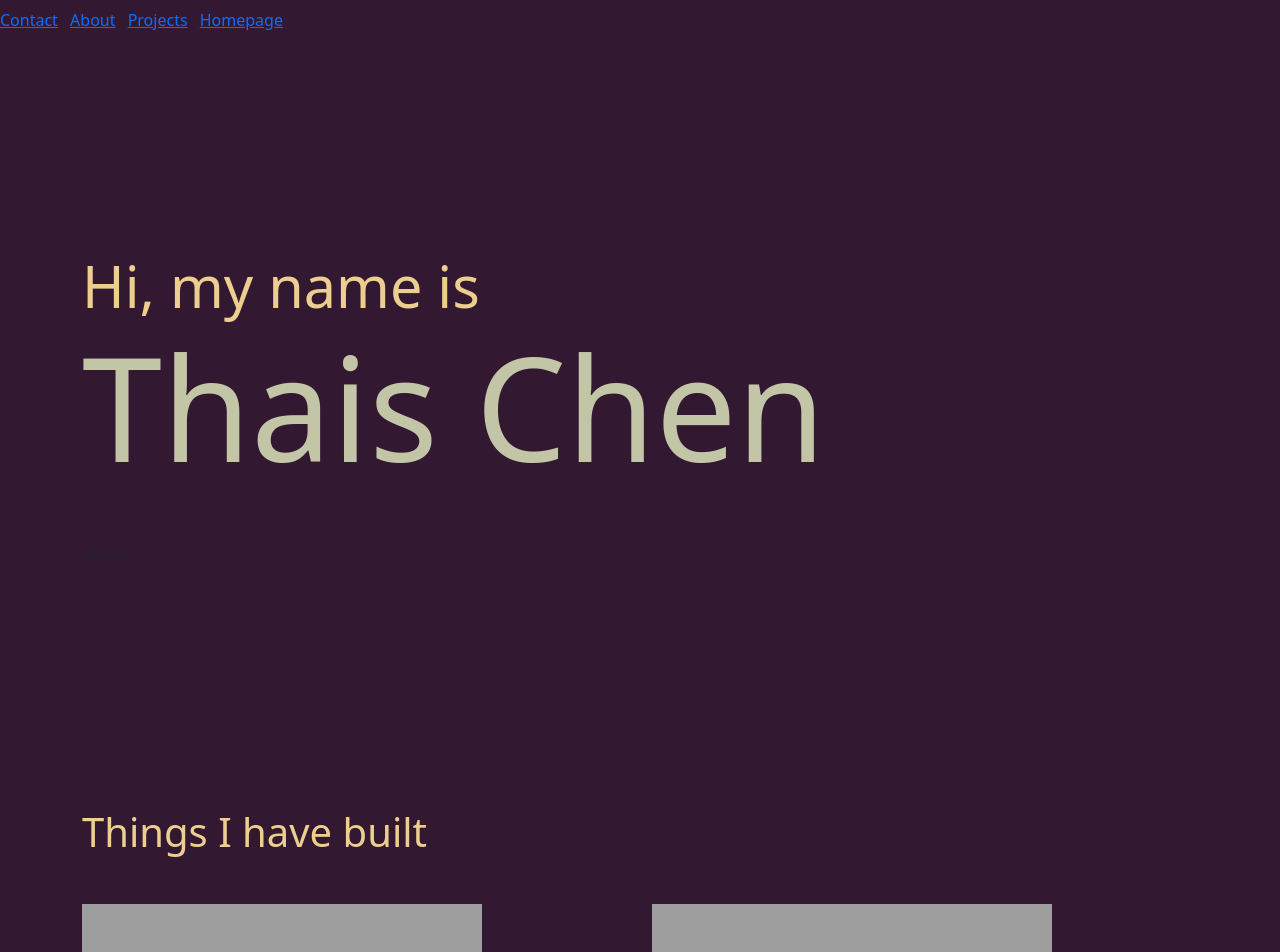
Repository: thais-chen/Portfolio
Page: index.html
These files come from the project's save history. The page is drawn as it stood at one moment and after the next save; the edit follows.
The browser window is 1280 px wide. The pictures show the part of the page from y = 0 to 952 px (the page is 2059 px tall before and 2043 px after).
Pictures or frames that could not be fetched are drawn as grey boxes.

Above is the page before, as saved 2022-06-17 21:17:00.

### index.html
<!DOCTYPE html>
<html lang="en">
  <head>
    <meta charset="UTF-8">
    <meta name="viewport" content="width=device-width, initial-scale=1.0">
    <meta http-equiv="X-UA-Compatible" content="ie=edge">
    <title>Thais Chen</title>
    <!-- CSS only -->
<link href="https://cdn.jsdelivr.net/npm/bootstrap@5.2.0-beta1/dist/css/bootstrap.min.css" rel="stylesheet"
    integrity="sha384-0evHe/X+R7YkIZDRvuzKMRqM+OrBnVFBL6DOitfPri4tjfHxaWutUpFmBp4vmVor" crossorigin="anonymous">
<link rel="stylesheet" href="./style.css">
  </head>
  <body>
    <header>
        <nav class="navbar">
            <ul class="list-inline">
                <li class="list-inline-item"><a href="#contact" > Contact</a></li>
                <li class="list-inline-item"><a href="#about"> About</a> </li>
                <li class="list-inline-item"><a href="#projects"> Projects</a></li>
                <li class="list-inline-item"><a href="#"> Homepage </a> </li>
            </ul>
        </nav>
    </header>
    <main>
        <div class="container">
        <section id="intro" class="row align-items-center">
            <div class="col">
                <h2>Hi, my name is </h2>
                <h1>Thais Chen</h1>
                <p>etcetc</p>
            </div>

        </section>
        <section id="projects" class="row ">
            <h1 class="display-3" > Things I have built </h1>


                    <div class="col">
                        <img src="https://picsum.photos/400/300">
                        <p class="pt-4">
                            HTML/CSS/JavaScript
                        </p>
                        <p class="pt-2">
                            Lorem Ipsum is simply dummy text of the printing and typesetting industry. Lorem Ipsum has been the industry's standard dummy text ever since the 1500s, when an unknown printer took a galley of type and scrambled it to make a type specimen book. It has survived not only five centuries, but also the leap into electronic typesetting, remaining essentially unchanged. It was popularised in the 1960s with the release of Letraset sheets containing Lorem
                        </p>

                    </div>
                    <div class="col">
                        <img src="https://picsum.photos/400/300">
                        <p class="pt-2">
                            Lorem Ipsum is simply dummy text of the printing and typesetting industry. Lorem Ipsum has been the industry's standard dummy text ever since the 1500s, when an unknown printer took a galley of type and scrambled it to make a type specimen book. It has survived not only five centuries, but also the leap into electronic typesetting, remaining essentially unchanged. It was popularised in the 1960s with the release of Letraset sheets containing Lorem
                        </p>
                    </div>
                    <div class="col">
                        <img src="https://picsum.photos/400/300"">
                        <p class="pt-2 ">
                            Lorem Ipsum is simply dummy text of the printing and typesetting industry. Lorem Ipsum has been the industry's standard dummy text ever since the 1500s, when an unknown printer took a galley of type and scrambled it to make a type specimen book. It has survived not only five centuries, but also the leap into electronic typesetting, remaining essentially unchanged. It was popularised in the 1960s with the release of Letraset sheets containing Lorem
                        </p>
                    </div>

        </section>
        <section id="about" class="row align-items-center">
            <h3> About Me</h3>
        </section>
        <section id="contact" class="row align-items-center">
            <h3>Let's Connect</h3>
        </section>
    </div>
    </main>
    <!-- JavaScript Bundle with Popper -->
    <script src="https://cdn.jsdelivr.net/npm/bootstrap@5.2.0-beta1/dist/js/bootstrap.bundle.min.js" integrity="sha384-pprn3073KE6tl6bjs2QrFaJGz5/SUsLqktiwsUTF55Jfv3qYSDhgCecCxMW52nD2" crossorigin="anonymous"></script>
	<script src="script.js"></script>
  </body>
</html>

### style.css
section{
    margin: 2rem;
}
body{
    background-color: #331832;
    width: 100%;
}
main{
    width: 100%;
    margin: 0px auto;
}

.container h2{
    color: #ECCE8E;
    font-size: 8vh;
    margin-bottom: 0;
    font-weight: 100;
}
.container h1 {
    color: #ECCE8E;
    font-size: 2.5rem;
    margin-bottom: 0;
    font-weight: 100;
    padding-bottom: 3rem;
}

/*navbar*/
.navbar{
    display: block;
}

/* introduction*/
#intro{
    min-height: 100vh;
}
#intro h3{
    color: #ECCE8E;
    font-size: 8vh;
    margin-bottom: 0;
    font-weight: 100;
}
#intro h1{
    color: #C2C6A7;
    font-size: 20vh;
    margin: 0;
}
/* projects */
#projects p{
    color:#DBCF96 ;
    text-align: center;
}

Loaded but not shown: script.js (no copy from this time; the picture is the same without it)

After the next save:
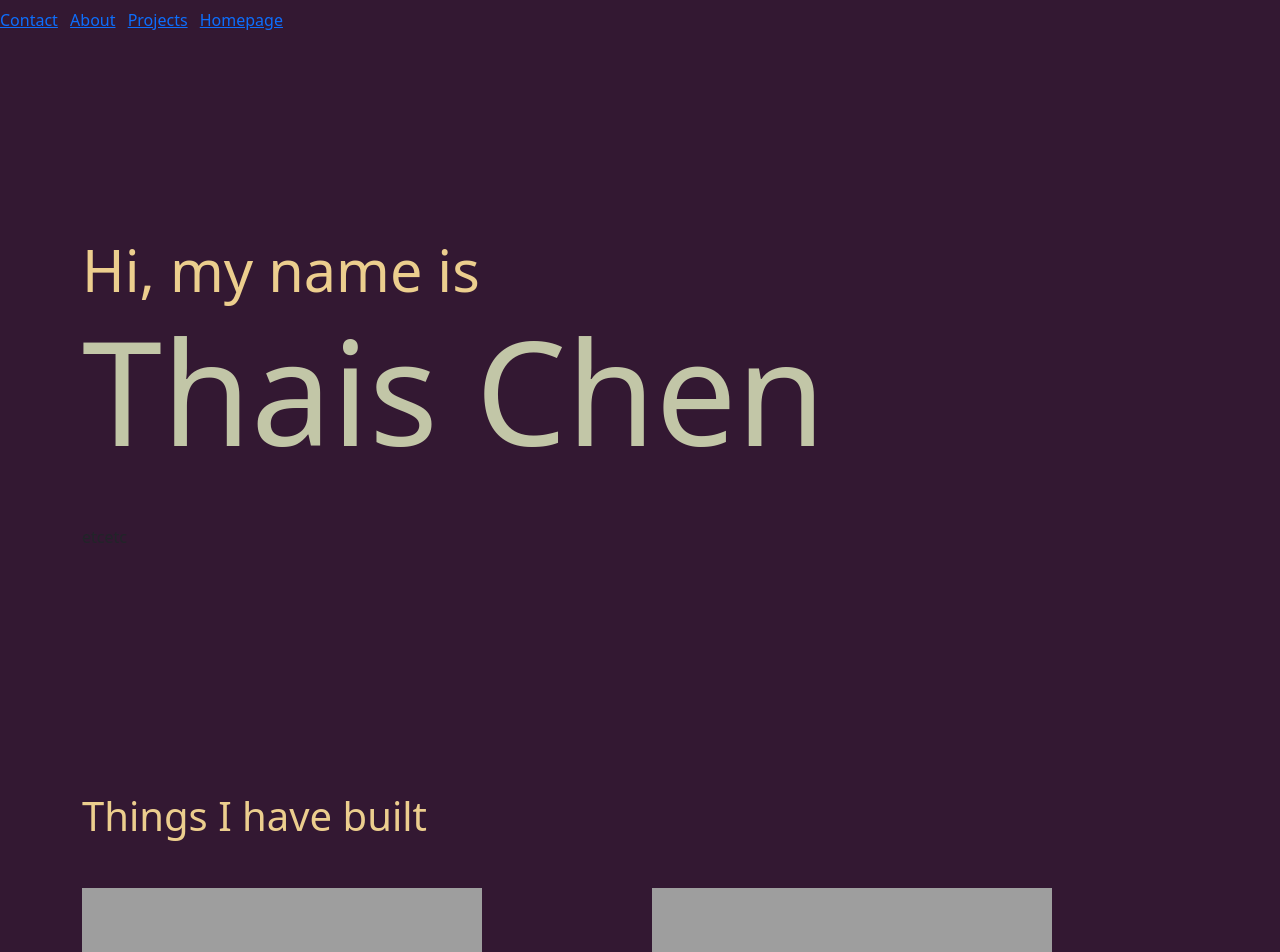
Saved 3 min 20 s later.
--- a/index.html
+++ b/index.html
@@ -13,6 +13,7 @@
   <body>
     <header>
         <nav class="navbar">
+            <div
             <ul class="list-inline">
                 <li class="list-inline-item"><a href="#contact" > Contact</a></li>
                 <li class="list-inline-item"><a href="#about"> About</a> </li>

After the 2 saves that followed:
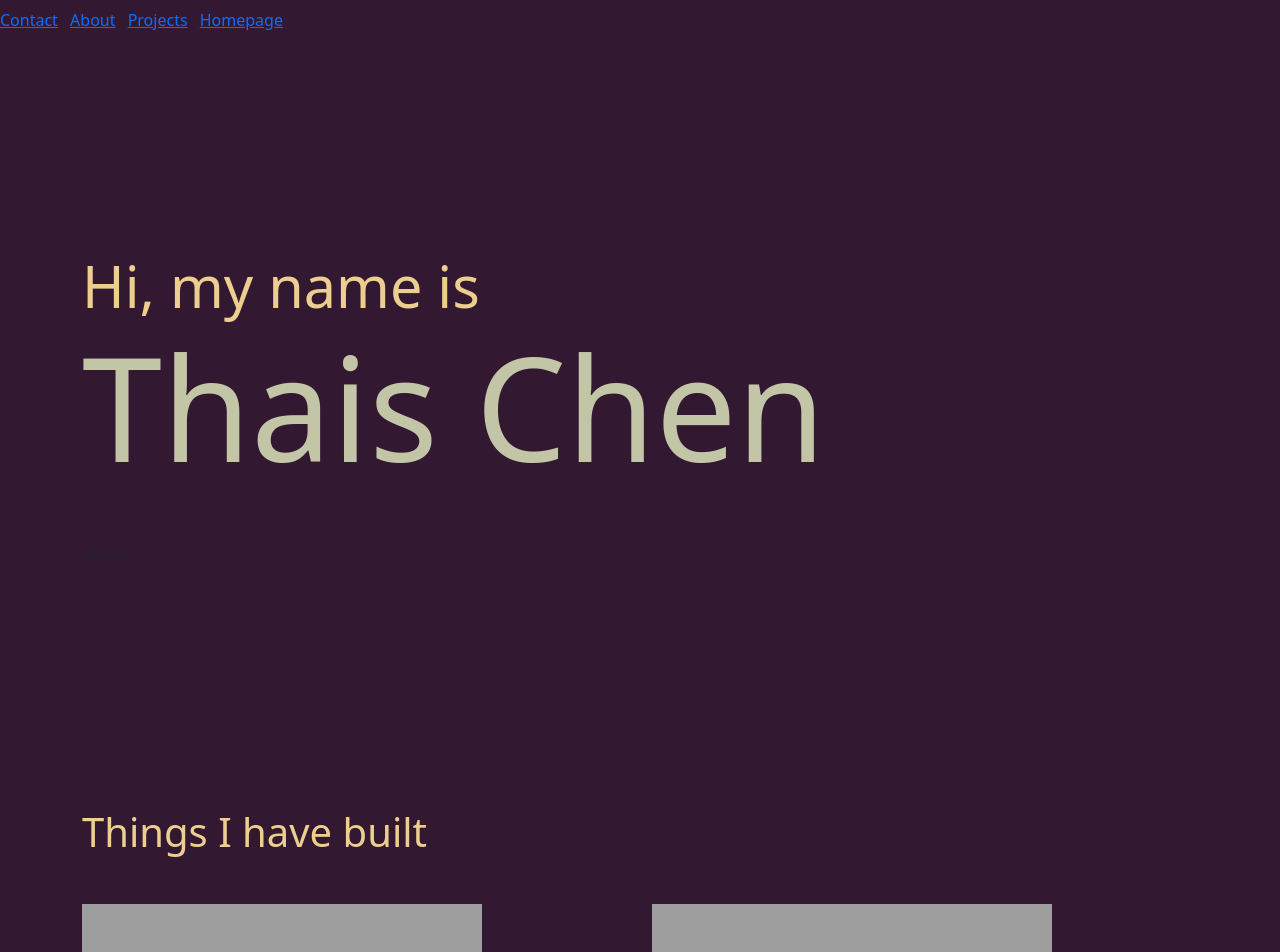
The 2 saves are shown as one change because they came seconds apart.
The last was saved 8 s later.
--- a/index.html
+++ b/index.html
@@ -13,7 +13,9 @@
   <body>
     <header>
         <nav class="navbar">
-            <div
+            <div class="container-fluid">
+
+            </div>
             <ul class="list-inline">
                 <li class="list-inline-item"><a href="#contact" > Contact</a></li>
                 <li class="list-inline-item"><a href="#about"> About</a> </li>
